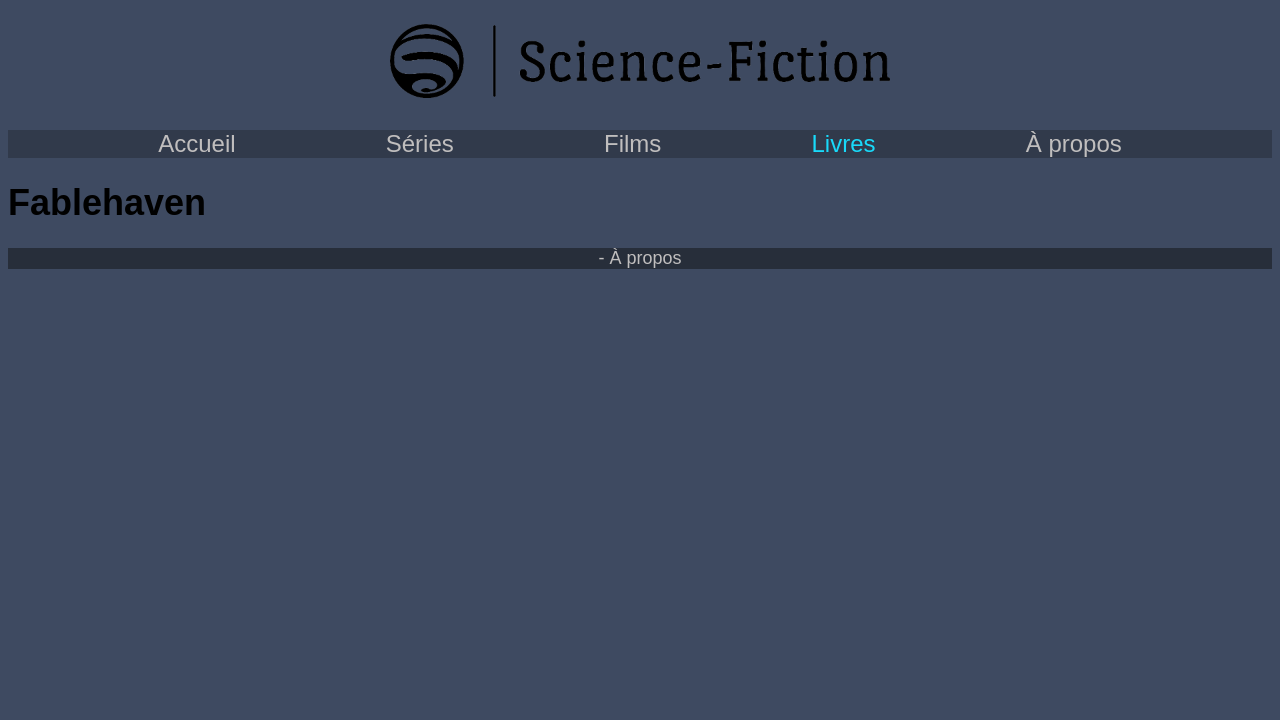
Repository: Emalios/Projet-Web
Page: html/livres/fablehaven.html
An editor plug-in stored every save of this project. The page is shown before and after the next save, followed by the edit.
The browser window is 1280 px wide. The pictures show the whole page.

Above is the page before, as saved 2020-11-11 20:52:19.

### html/livres/fablehaven.html
<!DOCTYPE html>
<html lang="fr" dir="ltr">

<head>
  <meta charset="utf-8">
  <meta name="viewport" content="width=device-width, initial-scale=1.0">
  <title>Harry Potter</title>
  <link rel="stylesheet" href="../../css/common.css">
  <link rel="stylesheet" href="../../css/magasine.css">
</head>

<body>
  <header>
    <img id="logo" src="../../images/logo_large.png" alt="logo de Science-fiction">

    <nav class="navbar">
      <a href="../../index.html" class="nav-link">Accueil</a></li>
      <a href="../series.html" class="nav-link">Séries</a></li>
      <a href="../films.html" class="nav-link">Films</a></li>
      <a href="../livres.html" id="active" class="nav-link">Livres</a></li>
      <a href="../a-propos.html" class="nav-link">À propos</a></li>
    </nav>
  </header>
  <h1>Fablehaven</h1>
  <main></main>
  <footer><a href="../a-propos.html" class="footer-link">- À propos</a></footer>
</body>


</html>

### css/common.css
body {
  background-color: #3e4a61;
  font-size: 18px;
  font-family: "Source Sans Pro", sans-serif;
}

#logo {
  display: block;
  margin-left: auto;
  margin-right: auto;
  padding-top: 1rem;
  padding-bottom: 2rem;
  max-width: 500px;
}

ul {
  list-style: none outside none;
}

.navbar {
  font-size: 24px;
  display: flex;
  flex-wrap: wrap;
  justify-content: space-evenly;
  padding: 0;
  background-color: #313a4b;
}

.nav-link, .footer-link {
  text-decoration: none;
  color: #c0bebe;
}

.nav-link:hover {
  color: #19dafa;
}

#active {
  color: #19dafa !important;
}

#title {
  text-align: center;
  padding: 1rem;
}

footer {
  background-color: #272e3a;
  text-align: center;
}

@media all and (max-width: 700px) {
  #logo {
    display: block;
    margin-left: auto;
    margin-right: auto;
    padding-top: 1em;
    width: 85%;
    max-width: 500px;
  }

}

### css/magasine.css
.grid-container {
    display: grid;
    grid-gap: 2rem;
    padding-bottom: 2rem;
    align-items: baseline;
    justify-items: center;
    grid-template-columns: repeat(auto-fill, minmax(400px, 1fr));
}

.grid-item {
    text-decoration: none;
}

.article-image {
    width: 150px;
    height: 200px;
}

.article-figure {
    width: 400px;
    background-color: #1a2639;
    box-shadow: 0 4px 8px 0 rgba(0,0,0,0.2);
    transition: 0.3s;
    border-radius: 10px;
    margin: 0;
    display: flex;
    flex-flow: row;
    align-items: center;
}

.article-figure:hover {
    box-shadow: 0px 0px 10px 6px rgba(191,172,159,1);
    zoom: 1;
}

.article-description {
    color: #919191;
    margin: 0;
    padding: 0 15px 0 15px;
    transition: 0.3s;
    text-align: center;
    align-self: center;
    font-family: Verdana, sans-serif;
}

### css/description.css
.resume, .description {
  color: #919191;
  font-family: Verdana, sans-serif;
}

.description {
    color: #d6d0d0;
}

.figure_descriptive {
    margin: 0;
    margin-right: 1rem;
    width: min-content;
    display: flex;
    flex-direction: column;
    float: left;
    text-align: center;
    border-style: groove;
}

.description {
  margin: 0;
  width: 100%;
  text-align: center;
}

.image_descriptive {
  float: left;
  width: 100%;
  min-width: 300px;
}

After the next save:
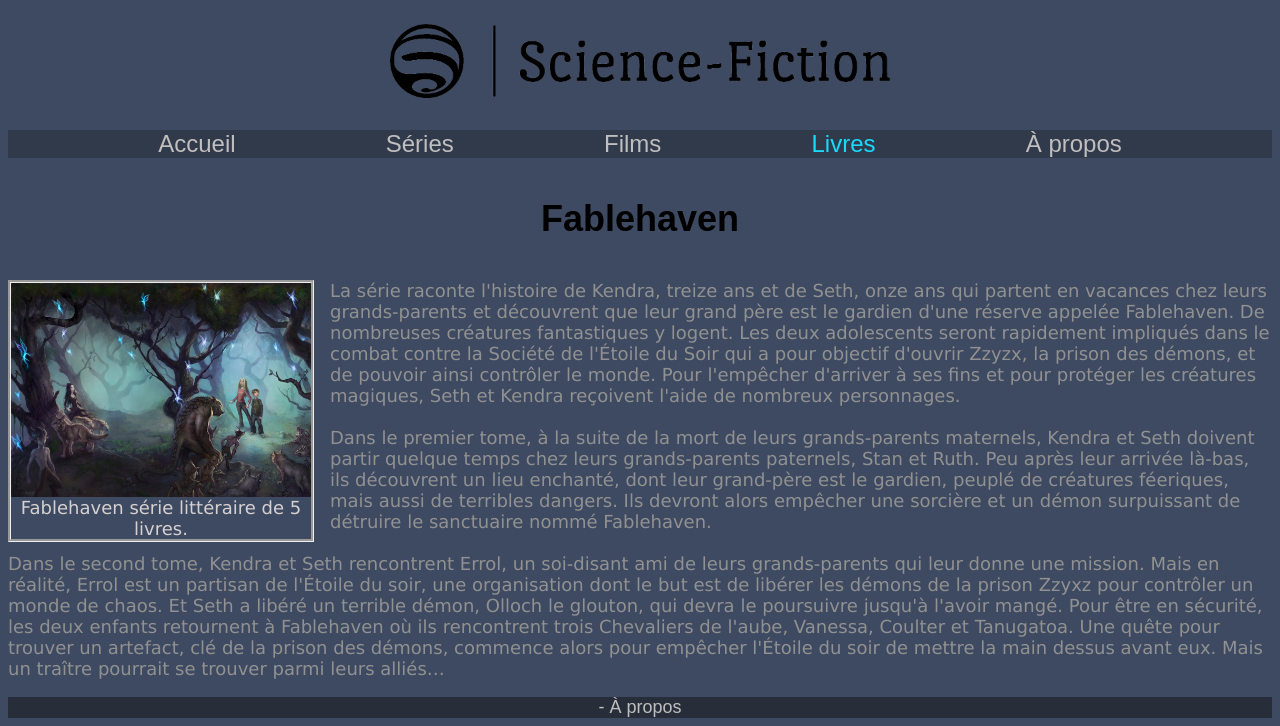
Saved 15 s later.
--- a/html/livres/fablehaven.html
+++ b/html/livres/fablehaven.html
@@ -4,9 +4,10 @@
 <head>
   <meta charset="utf-8">
   <meta name="viewport" content="width=device-width, initial-scale=1.0">
-  <title>Harry Potter</title>
+  <title>Fablehaven</title>
+  <link rel="icon" href="../../images/small_icon.png" type="image/png">
   <link rel="stylesheet" href="../../css/common.css">
-  <link rel="stylesheet" href="../../css/magasine.css">
+  <link rel="stylesheet" href="../../css/description.css">
 </head>
 
 <body>
@@ -14,15 +15,32 @@
     <img id="logo" src="../../images/logo_large.png" alt="logo de Science-fiction">
 
     <nav class="navbar">
-      <a href="../../index.html" class="nav-link">Accueil</a></li>
-      <a href="../series.html" class="nav-link">Séries</a></li>
-      <a href="../films.html" class="nav-link">Films</a></li>
-      <a href="../livres.html" id="active" class="nav-link">Livres</a></li>
-      <a href="../a-propos.html" class="nav-link">À propos</a></li>
+      <a href="../../index.html" class="nav-link">Accueil</a>
+      <a href="../series.html" class="nav-link">Séries</a>
+      <a href="../films.html" class="nav-link">Films</a>
+      <a href="../livres.html" id="active" class="nav-link">Livres</a>
+      <a href="../a-propos.html" class="nav-link">À propos</a>
     </nav>
   </header>
-  <h1>Fablehaven</h1>
-  <main></main>
+  <h1 id="title">Fablehaven</h1>
+  <figure class="figure_descriptive">
+    <img class="image_descriptive" alt="Kendra et Seth, s'enfonçant dans la forêt enchanté" src="../../images/page-livre/fablehaven-scene.jpg" />
+    <figcaption class="description">Fablehaven série littéraire de 5 livres.</figcaption>
+  </figure>
+  <main>
+    <p class="resume">La série raconte l'histoire de Kendra, treize ans et de Seth, onze ans qui partent en vacances chez leurs grands-parents et découvrent que leur grand père est le gardien d'une réserve appelée Fablehaven. De nombreuses
+      créatures fantastiques y logent. Les deux adolescents seront rapidement impliqués dans le combat contre la Société de l'Étoile du Soir qui a pour objectif d'ouvrir Zzyzx, la prison des démons, et de pouvoir ainsi contrôler le monde. Pour
+      l'empêcher d'arriver à ses fins et pour protéger les créatures magiques, Seth et Kendra reçoivent l'aide de nombreux personnages.</br></br>
+
+      Dans le premier tome, à la suite de la mort de leurs grands-parents maternels, Kendra et Seth doivent partir quelque temps chez leurs grands-parents paternels, Stan et Ruth. Peu après leur arrivée là-bas, ils découvrent un lieu enchanté, dont
+      leur grand-père est le gardien, peuplé de créatures féeriques, mais aussi de terribles dangers. Ils devront alors empêcher une sorcière et un démon surpuissant de détruire le sanctuaire nommé Fablehaven.</br></br>
+
+      Dans le second tome, Kendra et Seth rencontrent Errol, un soi-disant ami de leurs grands-parents qui leur donne une mission. Mais en réalité, Errol est un partisan de l'Étoile du soir, une organisation dont le but est de libérer les démons de
+      la prison Zzyxz pour contrôler un monde de chaos. Et Seth a libéré un terrible démon, Olloch le glouton, qui devra le poursuivre jusqu'à l'avoir mangé. Pour être en sécurité, les deux enfants retournent à Fablehaven où ils rencontrent trois
+      Chevaliers de l'aube, Vanessa, Coulter et Tanugatoa. Une quête pour trouver un artefact, clé de la prison des démons, commence alors pour empêcher l'Étoile du soir de mettre la main dessus avant eux. Mais un traître pourrait se trouver parmi
+      leurs alliés…
+    </p>
+  </main>
   <footer><a href="../a-propos.html" class="footer-link">- À propos</a></footer>
 </body>
 
